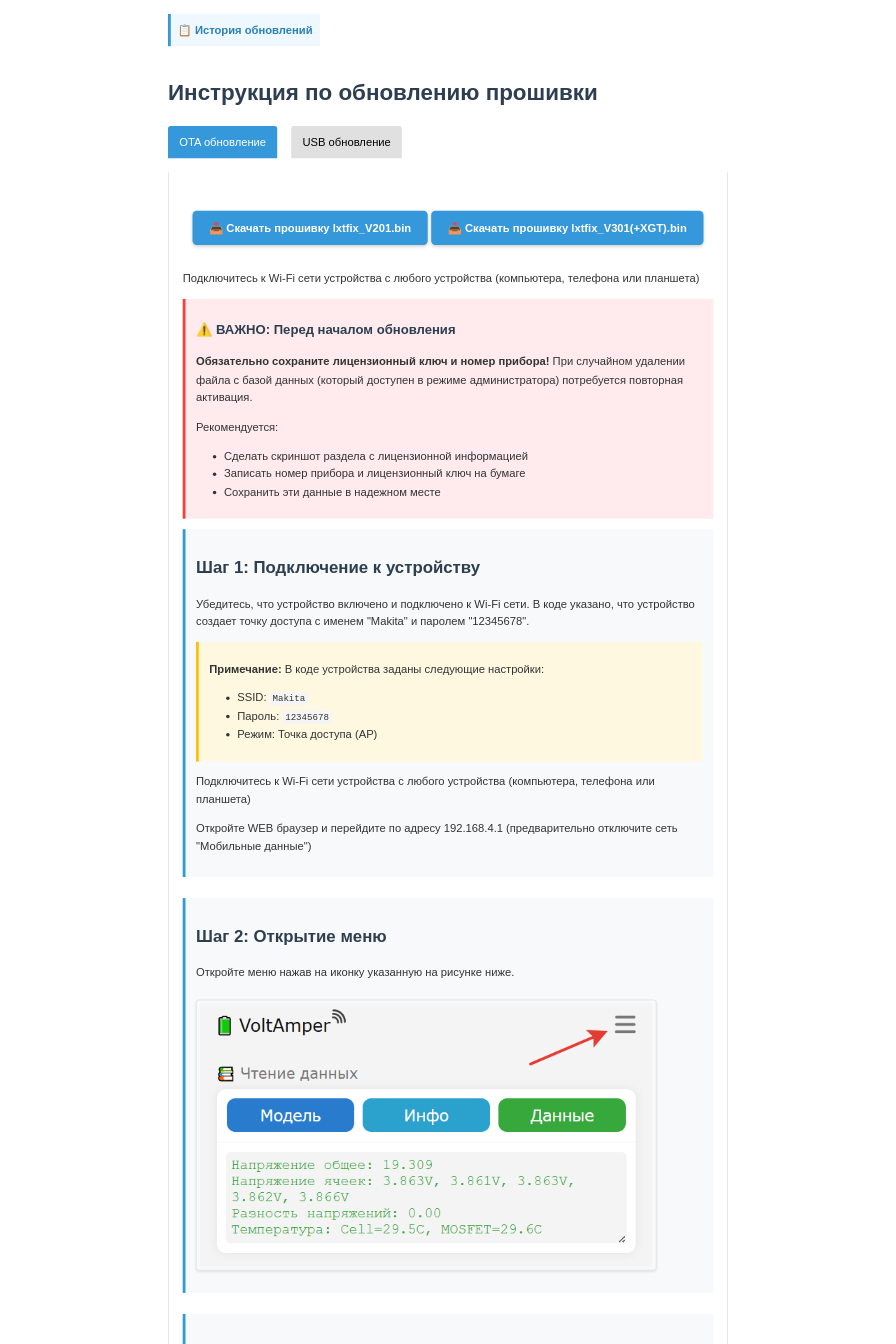
Repository: NikElectronics/ELIXStoFIX
Page: firmware.html
An editor plug-in stored every save of this project. The page is shown before and after the next save, followed by the edit.
The browser window is 1280 px wide. The pictures show the part of the page from y = 0 to 1920 px (the page is 6022 px tall), at 70% of full size.

Above is the page before, as saved 2026-02-18 10:53:49.

After the next save:
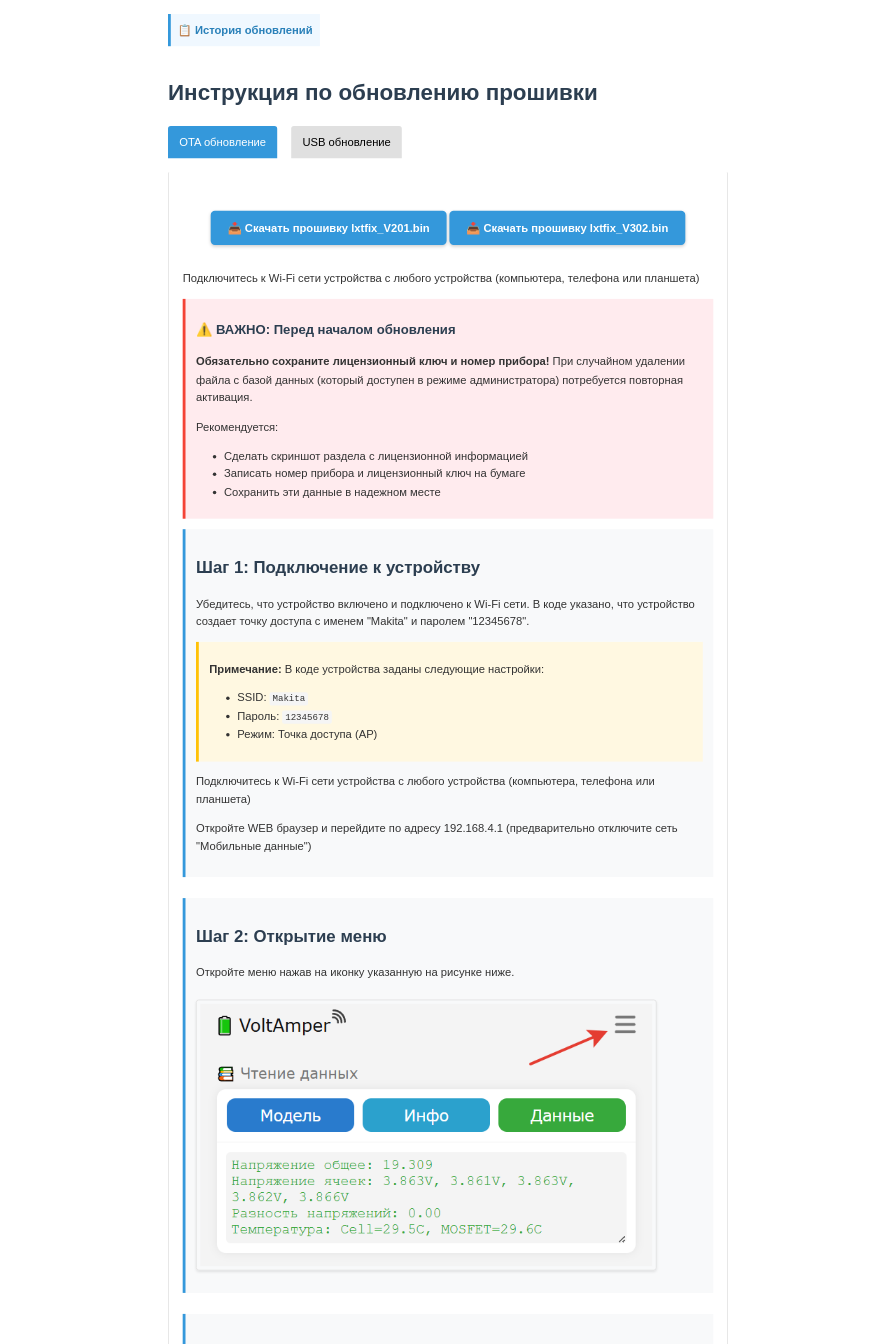
Saved 14 s later.
--- a/firmware.html
+++ b/firmware.html
@@ -182,7 +182,7 @@
                 📥 Скачать прошивку lxtfix_V201.bin
             </a>
             <a href="files/lxtfix_V302.bin" download class="download-btn">
-                📥 Скачать прошивку lxtfix_V301(+XGT).bin
+                📥 Скачать прошивку lxtfix_V302.bin
             </a>
         </div>
 
